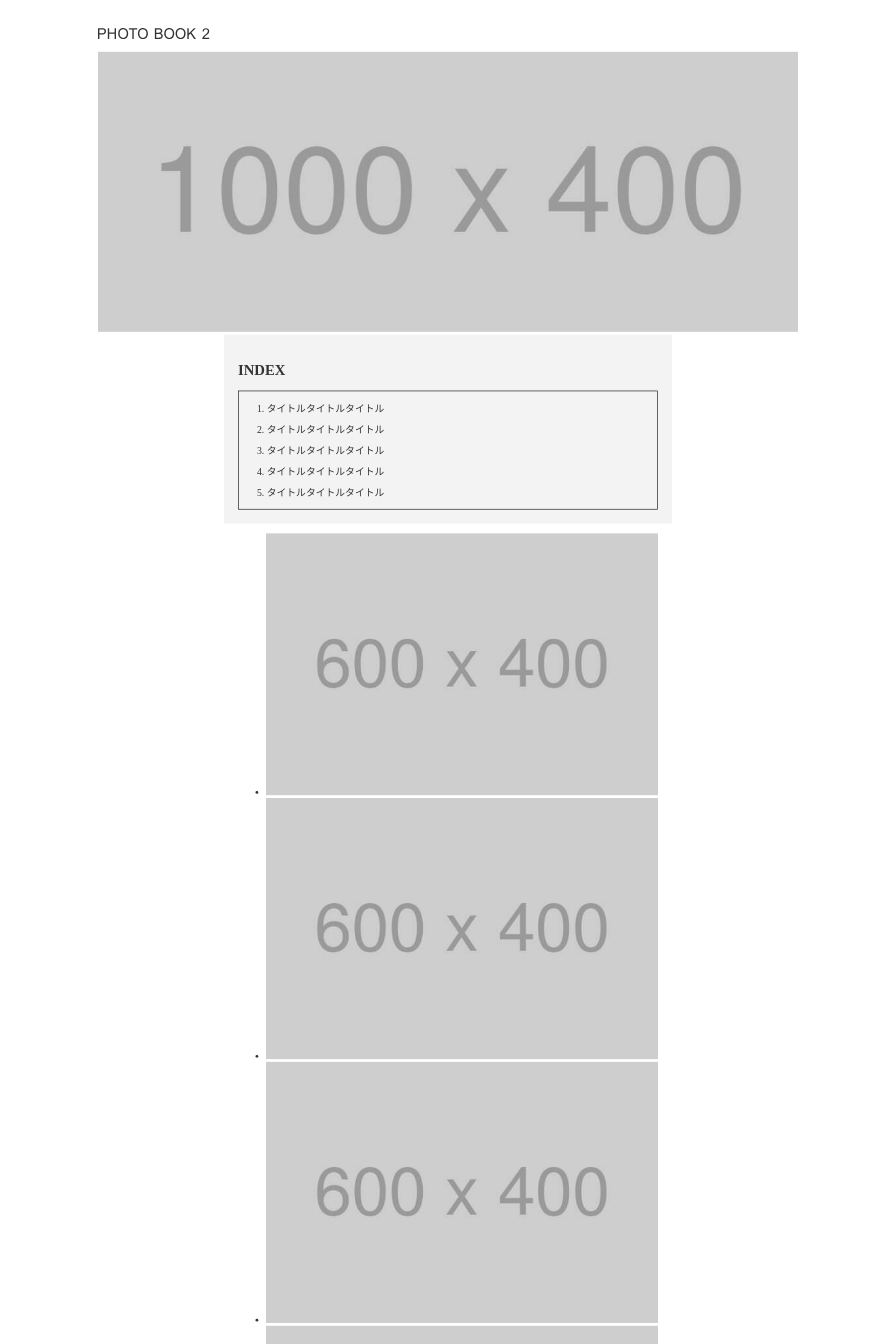
Repository: Fuki-san/photo-book-2
Page: http://localhost/photobook
These files come from the project's save history. The page is drawn as it stood at one moment and after a run of saves; the edit follows.
The browser window is 1280 px wide. The pictures show the part of the page from y = 0 to 1920 px (the page is 2597 px tall before and 2563 px after), at 70% of full size.
The page is served by the project's Laravel application, run on PHP 8.4 with Laravel 10. Other server files are loaded and not shown.

Above is the page before, as saved 2023-11-30 11:54:08.

### routes/web.php
<?php

use Illuminate\Support\Facades\Route;

/*
|--------------------------------------------------------------------------
| Web Routes
|--------------------------------------------------------------------------
|
| Here is where you can register web routes for your application. These
| routes are loaded by the RouteServiceProvider and all of them will
| be assigned to the "web" middleware group. Make something great!
|
*/

Route::get('/', function () {
    return view('welcome');
});

Route::get('photobook', function() {
    return view('photobook');
})->name('photobook');

### resources/views/photobook.blade.php
@extends('layouts.main')

@section('title', 'photobook')

@section('content')
    <div class="container">
        <header id="header">
            <h1 class="site-title"><a href="#"><img src="img/logo.svg" alt=""></a></h1>
        </header>

        <main>

            <div id="mainvisual">
                <img src="img/mainvisual.jpg" alt="">
            </div>

            <section id="index">
                <div class="inner">
                    <h2 class="sec-title">INDEX</h2>
                    <div class="index-inner">
                        <ol class="index-list">
                            <li>タイトルタイトルタイトル</li>
                            <li>タイトルタイトルタイトル</li>
                            <li>タイトルタイトルタイトル</li>
                            <li>タイトルタイトルタイトル</li>
                            <li>タイトルタイトルタイトル</li>
                        </ol>
                    </div>
                </div>
            </section>

                <div class="inner">
                    <ul class="list">
                        <li><img src="img/photo1.jpg" alt=""></li>
                        <li><img src="img/photo2.jpg" alt=""></li>
                        <li><img src="img/photo3.jpg" alt=""></li>
                        <li><img src="img/photo4.jpg" alt=""></li>
                    </ul>
                </div>

            <section id="detail">
                <div class="inner">
                    <h2 class="sec-title">DETAIL</h2>
                    <div class="flex">
                        <dl>
                            <dt>著者 : </dt>
                            <dd>タイトルタイトルタイトル</dd>
                            <dt>出版社 : </dt>
                            <dd>タイトルタイトルタイトル</dd>
                            <dt>発行年 : </dt>
                            <dd>2021年1月1日</dd>
                        </dl>
                        <div class="text">
                            <p>テキストテキストテキストテキストテキストテキストテキストテキスト</p>
                            <p>テキストテキストテキストテキストテキストテキストテキストテキスト</p>
                            <a href="#" class="link" target="_blank" rel="noopener noreferrer">オンラインストアで見る</a>
                        </div>
                    </div>
                </div>
            </section>
        </main>

        <footer id="footer">
            <p>&copy; 2021 PHOTO BOOK 2</p>
        </footer>

    </div>
@endsection

### resources/views/layouts/main.blade.php
<!DOCTYPE html>
<html lang="ja">
<head>
    <meta charset="UTF-8">
    <meta name="viewport" content="width=device-width, initial-scale=1.0">
    <meta http-equiv="X-UA-Compatible" content="ie=edge">
    <link rel="stylesheet" href="{{ asset('css/reset.css') }}">
    <link rel="stylesheet" href="{{ asset('css/style.css') }}">
    <link rel="icon" href="img/favicon.ico">
    <title>@yield('title')</title>
</head>
<body>
    @yield('content')
</body>
</html>

### public/css/style.css
@charset "utf-8";

html{
    font-size: 100%;
}
body{
    color: #333;
    font-size: 0.875rem;
}
img{
    max-width: 100%;
}
.container{
    max-width: 1000px;
    margin: 0 auto;
}
.inner{
    margin: 0 auto;
    max-width: 600px;
}

/* header */
#header{
    margin: 40px 0 10px 0;
}
#header .site-title{
    width: 160px;
    line-height: 1px;
}
#header .site-title a{
    display: block;
}
/* indexx */
#index .inner{
    background-color: #f3f3f3;
    padding: 20px;
}
#index .sec

#index .index-list{
    margin-left: 20px;
}
#index .index-list li{
    margin-bottom: 10px;
}
#index .index-list li:last-child{
    margin-bottom: 0;
}
#index .index-inner{
    border: solid 1px #242424;
}

### public/img/logo.svg
<?xml version="1.0" encoding="utf-8"?>
<!-- Generator: Adobe Illustrator 15.1.0, SVG Export Plug-In . SVG Version: 6.00 Build 0)  -->
<!DOCTYPE svg PUBLIC "-//W3C//DTD SVG 1.1//EN" "http://www.w3.org/Graphics/SVG/1.1/DTD/svg11.dtd">
<svg version="1.1" id="レイヤー_1" xmlns="http://www.w3.org/2000/svg" xmlns:xlink="http://www.w3.org/1999/xlink" x="0px"
	 y="0px" width="1600px" height="156px" viewBox="0 0 1600 156" enable-background="new 0 0 1600 156" xml:space="preserve">
<g>
	<path fill="#333333" d="M0,152.092V2.65h56.373c9.92,0,17.498,0.477,22.731,1.428c7.34,1.223,13.49,3.552,18.451,6.982
		c4.96,3.433,8.953,8.241,11.978,14.425c3.022,6.185,4.536,12.98,4.536,20.387c0,12.709-4.043,23.463-12.129,32.264
		c-8.09,8.802-22.699,13.202-43.834,13.202h-38.33v60.754H0z M19.775,73.702h38.636c12.775,0,21.847-2.379,27.217-7.136
		c5.369-4.757,8.053-11.451,8.053-20.082c0-6.252-1.581-11.604-4.741-16.056c-3.16-4.45-7.324-7.391-12.487-8.817
		c-3.33-0.883-9.481-1.325-18.452-1.325H19.775V73.702z"/>
	<path fill="#333333" d="M139.859,152.092V2.65h19.776v61.367h77.677V2.65h19.775v149.441h-19.775V81.652h-77.677v70.439H139.859z"
		/>
	<path fill="#333333" d="M288.174,79.309c0-24.805,6.66-44.224,19.98-58.258C321.473,7.019,338.667,0,359.735,0
		c13.795,0,26.232,3.298,37.309,9.889c11.076,6.593,19.521,15.784,25.332,27.574c5.811,11.791,8.716,25.163,8.716,40.112
		c0,15.155-3.059,28.713-9.175,40.674c-6.116,11.961-14.781,21.016-25.993,27.166c-11.214,6.15-23.311,9.226-36.291,9.226
		c-14.067,0-26.641-3.398-37.717-10.194c-11.079-6.794-19.471-16.071-25.179-27.829C291.029,104.86,288.174,92.425,288.174,79.309z
		 M308.562,79.614c0,18.01,4.843,32.197,14.527,42.559c9.684,10.364,21.831,15.546,36.442,15.546
		c14.884,0,27.131-5.231,36.75-15.699c9.615-10.464,14.423-25.313,14.423-44.546c0-12.165-2.057-22.784-6.167-31.856
		c-4.112-9.071-10.126-16.106-18.043-21.101c-7.917-4.995-16.804-7.493-26.656-7.493c-14,0-26.046,4.81-36.137,14.425
		C313.608,41.065,308.562,57.121,308.562,79.614z"/>
	<path fill="#333333" d="M490.425,152.092V20.286h-49.237V2.65h118.451v17.636h-49.439v131.806H490.425z"/>
	<path fill="#333333" d="M570.14,79.309c0-24.805,6.658-44.224,19.979-58.258C603.438,7.019,620.632,0,641.7,0
		c13.794,0,26.23,3.298,37.309,9.889c11.076,6.593,19.522,15.784,25.331,27.574c5.813,11.791,8.717,25.163,8.717,40.112
		c0,15.155-3.059,28.713-9.176,40.674c-6.114,11.961-14.779,21.016-25.992,27.166s-23.311,9.226-36.291,9.226
		c-14.068,0-26.641-3.398-37.717-10.194c-11.078-6.794-19.47-16.071-25.179-27.829C572.994,104.86,570.14,92.425,570.14,79.309z
		 M590.526,79.614c0,18.01,4.843,32.197,14.527,42.559c9.685,10.364,21.83,15.546,36.442,15.546
		c14.883,0,27.132-5.231,36.748-15.699c9.615-10.464,14.424-25.313,14.424-44.546c0-12.165-2.057-22.784-6.166-31.856
		c-4.113-9.071-10.127-16.106-18.043-21.101c-7.918-4.995-16.804-7.493-26.658-7.493c-14,0-26.044,4.81-36.136,14.425
		C595.572,41.065,590.526,57.121,590.526,79.614z"/>
	<path fill="#333333" d="M812.43,152.092V2.65h56.066c11.416,0,20.573,1.514,27.472,4.537c6.896,3.024,12.3,7.68,16.209,13.966
		c3.907,6.286,5.861,12.861,5.861,19.724c0,6.39-1.732,12.404-5.198,18.044c-3.467,5.641-8.7,10.193-15.7,13.659
		c9.039,2.65,15.987,7.172,20.848,13.558c4.857,6.389,7.289,13.933,7.289,22.631c0,7-1.479,13.506-4.435,19.521
		c-2.957,6.016-6.612,10.652-10.958,13.915c-4.352,3.261-9.806,5.726-16.363,7.391c-6.558,1.666-14.593,2.497-24.106,2.497H812.43z
		 M832.206,65.444h32.313c8.768,0,15.053-0.576,18.859-1.733c5.027-1.493,8.818-3.975,11.366-7.439
		c2.548-3.468,3.822-7.815,3.822-13.049c0-4.961-1.188-9.328-3.567-13.099c-2.38-3.773-5.776-6.354-10.192-7.748
		c-4.419-1.393-11.997-2.09-22.733-2.09h-29.868V65.444z M832.206,134.457h37.208c6.386,0,10.872-0.237,13.455-0.715
		c4.552-0.814,8.358-2.173,11.417-4.077c3.058-1.901,5.571-4.672,7.544-8.308c1.971-3.634,2.956-7.832,2.956-12.589
		c0-5.571-1.428-10.414-4.281-14.526c-2.854-4.111-6.814-6.999-11.876-8.665c-5.063-1.664-12.354-2.497-21.865-2.497h-34.558
		V134.457z"/>
	<path fill="#333333" d="M946.479,79.309c0-24.805,6.659-44.224,19.979-58.258C979.776,7.019,996.972,0,1018.039,0
		c13.794,0,26.23,3.298,37.309,9.889c11.077,6.593,19.521,15.784,25.331,27.574c5.812,11.791,8.717,25.163,8.717,40.112
		c0,15.155-3.058,28.713-9.175,40.674s-14.781,21.016-25.994,27.166s-23.311,9.226-36.29,9.226
		c-14.068,0-26.641-3.398-37.717-10.194c-11.078-6.794-19.47-16.071-25.18-27.829C949.332,104.86,946.479,92.425,946.479,79.309z
		 M966.865,79.614c0,18.01,4.842,32.197,14.526,42.559c9.685,10.364,21.83,15.546,36.442,15.546
		c14.884,0,27.133-5.231,36.749-15.699c9.615-10.464,14.424-25.313,14.424-44.546c0-12.165-2.057-22.784-6.166-31.856
		c-4.113-9.071-10.127-16.106-18.044-21.101c-7.917-4.995-16.803-7.493-26.657-7.493c-14.001,0-26.044,4.81-36.136,14.425
		C971.91,41.065,966.865,57.121,966.865,79.614z"/>
	<path fill="#333333" d="M1108.865,79.309c0-24.805,6.66-44.224,19.979-58.258C1142.163,7.019,1159.357,0,1180.426,0
		c13.794,0,26.23,3.298,37.31,9.889c11.076,6.593,19.521,15.784,25.332,27.574c5.811,11.791,8.715,25.163,8.715,40.112
		c0,15.155-3.059,28.713-9.175,40.674c-6.115,11.961-14.779,21.016-25.993,27.166s-23.312,9.226-36.29,9.226
		c-14.068,0-26.642-3.398-37.719-10.194c-11.078-6.794-19.469-16.071-25.177-27.829
		C1111.719,104.86,1108.865,92.425,1108.865,79.309z M1129.254,79.614c0,18.01,4.842,32.197,14.525,42.559
		c9.684,10.364,21.831,15.546,36.442,15.546c14.882,0,27.131-5.231,36.749-15.699c9.615-10.464,14.424-25.313,14.424-44.546
		c0-12.165-2.057-22.784-6.167-31.856c-4.113-9.071-10.127-16.106-18.043-21.101c-7.917-4.995-16.804-7.493-26.658-7.493
		c-13.999,0-26.044,4.81-36.135,14.425C1134.298,41.065,1129.254,57.121,1129.254,79.614z"/>
	<path fill="#333333" d="M1276.45,152.092V2.65h19.776V76.76l74.211-74.109h26.81l-62.691,60.552l65.444,88.89h-26.096
		l-53.213-75.638l-24.465,23.854v51.784H1276.45z"/>
</g>
<path fill="#333333" d="M1588.863,134.712v17.636h-98.777c-0.138-4.417,0.575-8.665,2.14-12.743
	c2.514-6.728,6.54-13.354,12.079-19.878c5.539-6.523,13.541-14.067,24.008-22.63c16.242-13.319,27.218-23.87,32.926-31.652
	c5.709-7.78,8.563-15.138,8.563-22.069c0-7.271-2.601-13.405-7.799-18.4c-5.199-4.995-11.978-7.492-20.337-7.492
	c-8.835,0-15.902,2.65-21.203,7.951s-7.986,12.641-8.053,22.019l-18.859-1.937c1.29-14.067,6.149-24.787,14.577-32.162
	c8.427-7.373,19.741-11.061,33.946-11.061c14.338,0,25.688,3.976,34.048,11.927c8.358,7.951,12.538,17.807,12.538,29.563
	c0,5.981-1.224,11.86-3.67,17.636c-2.446,5.776-6.508,11.86-12.182,18.247c-5.676,6.389-15.104,15.155-28.288,26.3
	c-11.009,9.243-18.078,15.513-21.203,18.808c-3.127,3.298-5.708,6.61-7.747,9.939H1588.863z"/>
</svg>

After the next 4 saves:
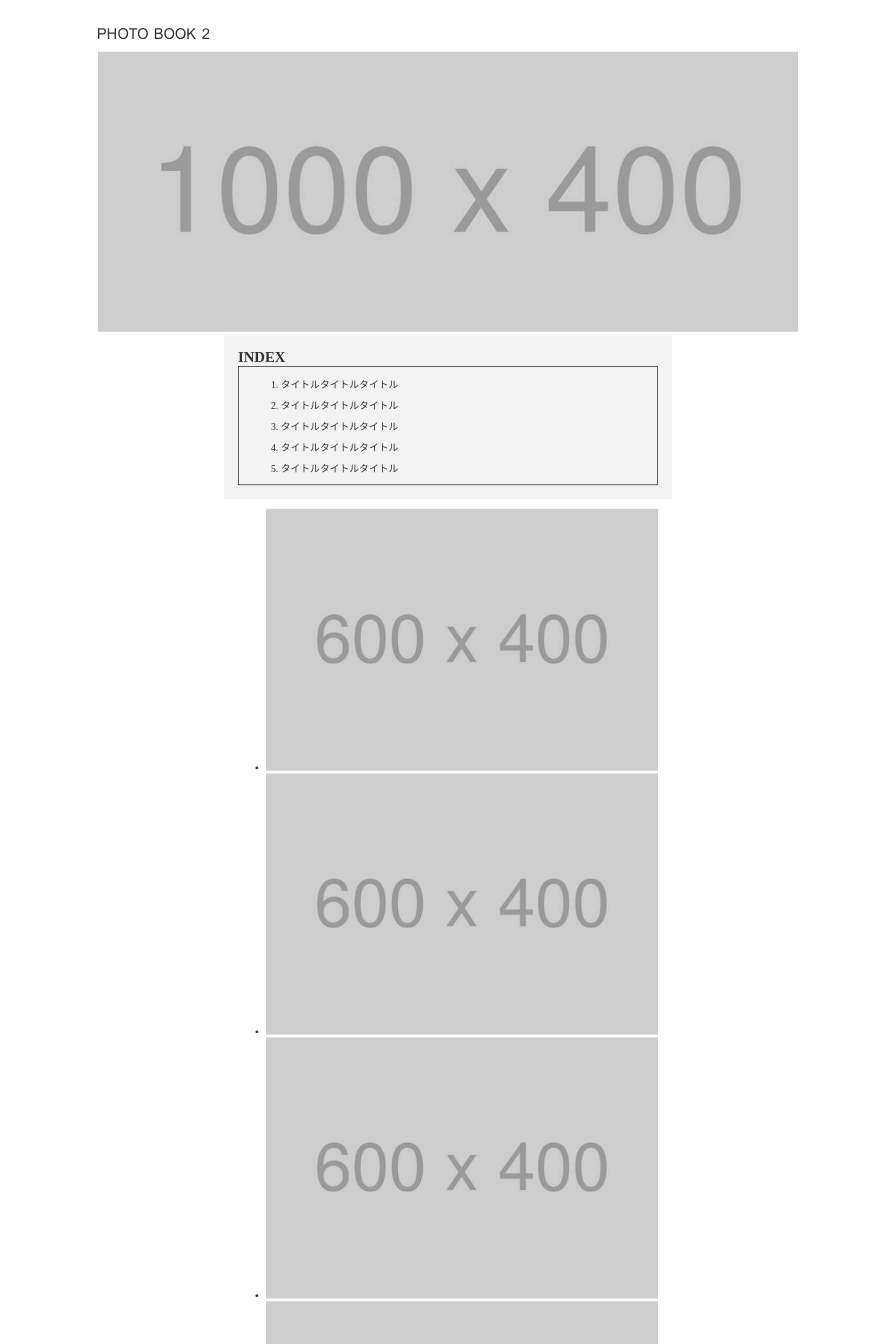
The 4 saves are shown as one change because they came seconds apart.
The last was saved 11 s later.
--- a/public/css/style.css
+++ b/public/css/style.css
@@ -35,7 +35,9 @@
     background-color: #f3f3f3;
     padding: 20px;
 }
-#index .sec
+#index .sec-title{
+    margin: 0 auto;
+}
 
 #index .index-list{
     margin-left: 20px;

After the save that followed:
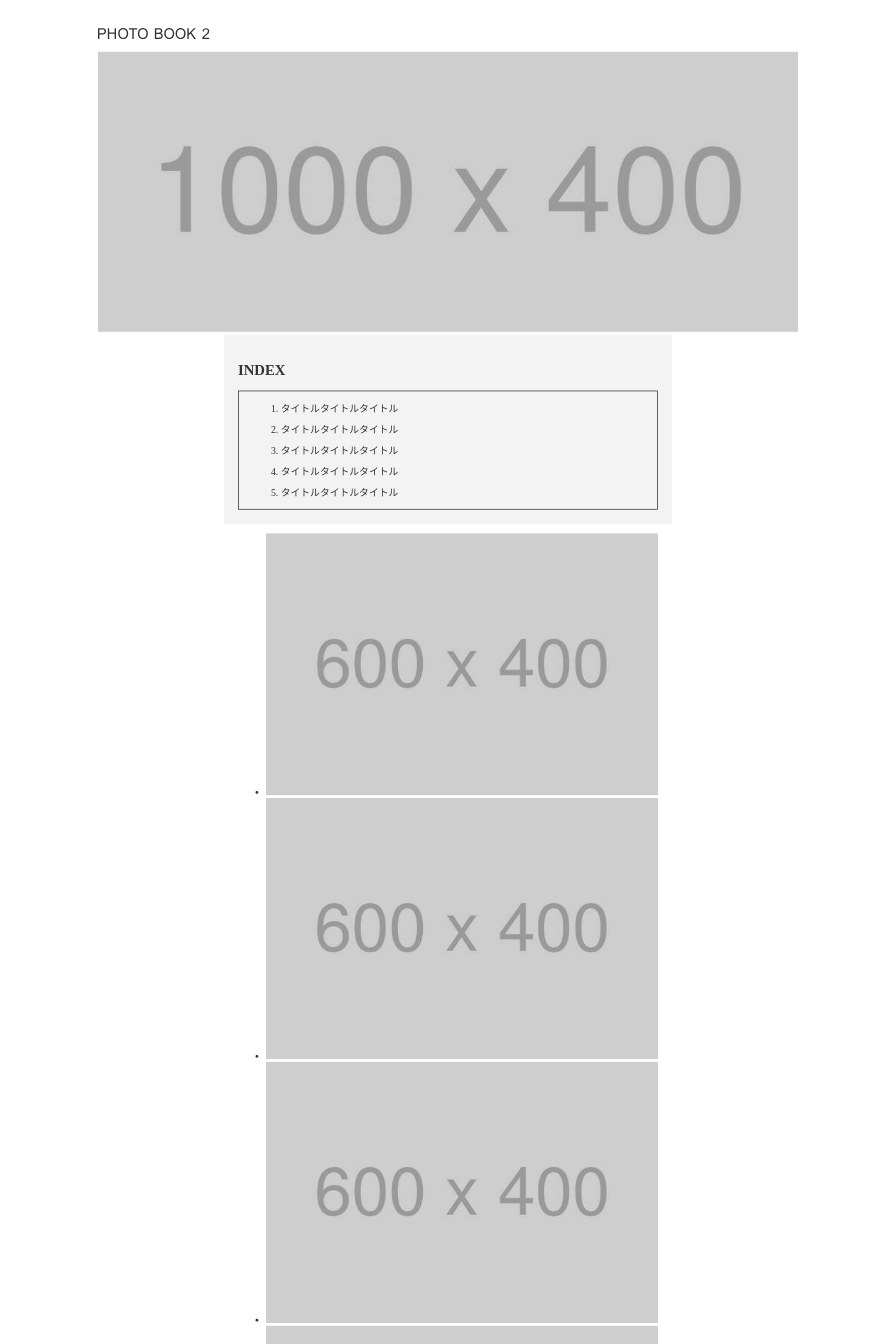
Saved 83 s later.
--- a/public/css/style.css
+++ b/public/css/style.css
@@ -35,9 +35,6 @@
     background-color: #f3f3f3;
     padding: 20px;
 }
-#index .sec-title{
-    margin: 0 auto;
-}
 
 #index .index-list{
     margin-left: 20px;
